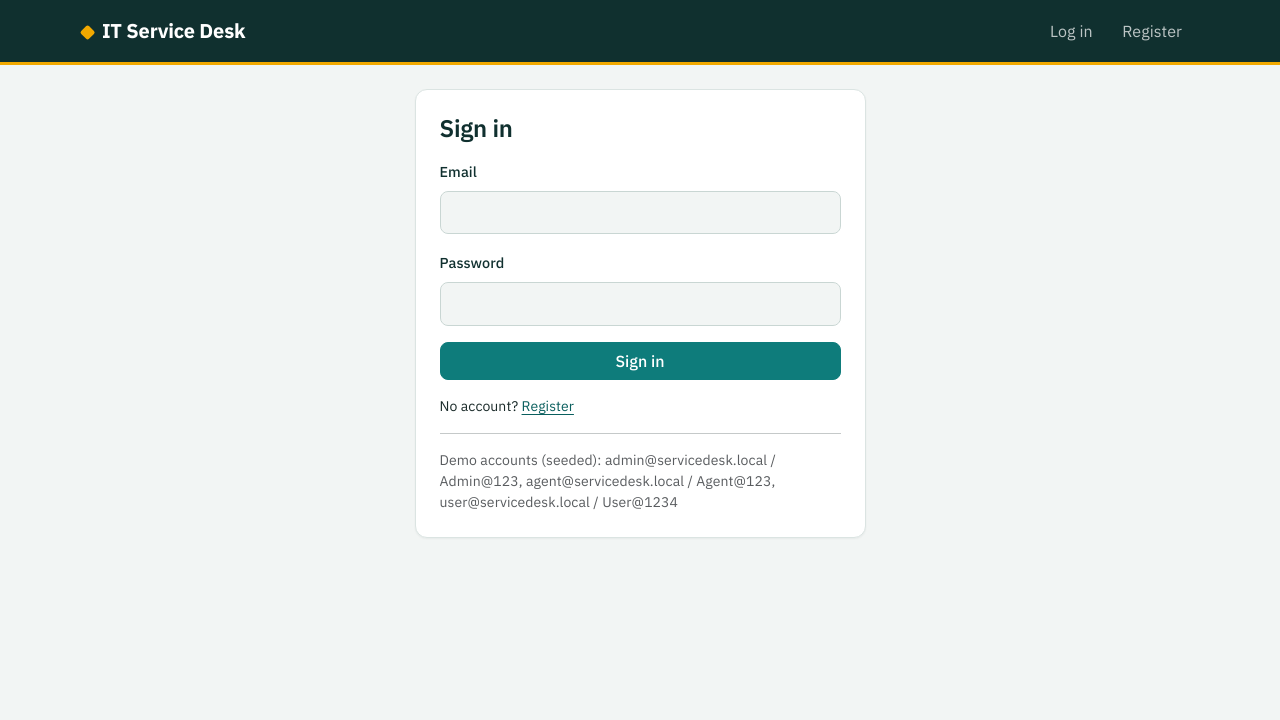
Repository: swati22446/ServiceDesk-IT-Ticket-Management-System
Page: / (app in frontend/)
These files come from the project's save history. The page is drawn as it stood at one moment and after the next save; the edit follows.
The browser window is 1280 px wide. The pictures show the whole page.
The project was rebuilt for these pictures with package versions that can differ from the ones it lists, and the page was loaded fresh each time. Also part of the build but not shown: frontend/angular.json.

Above is the page before, as saved 2026-11-25 01:22:12.

After the next save:
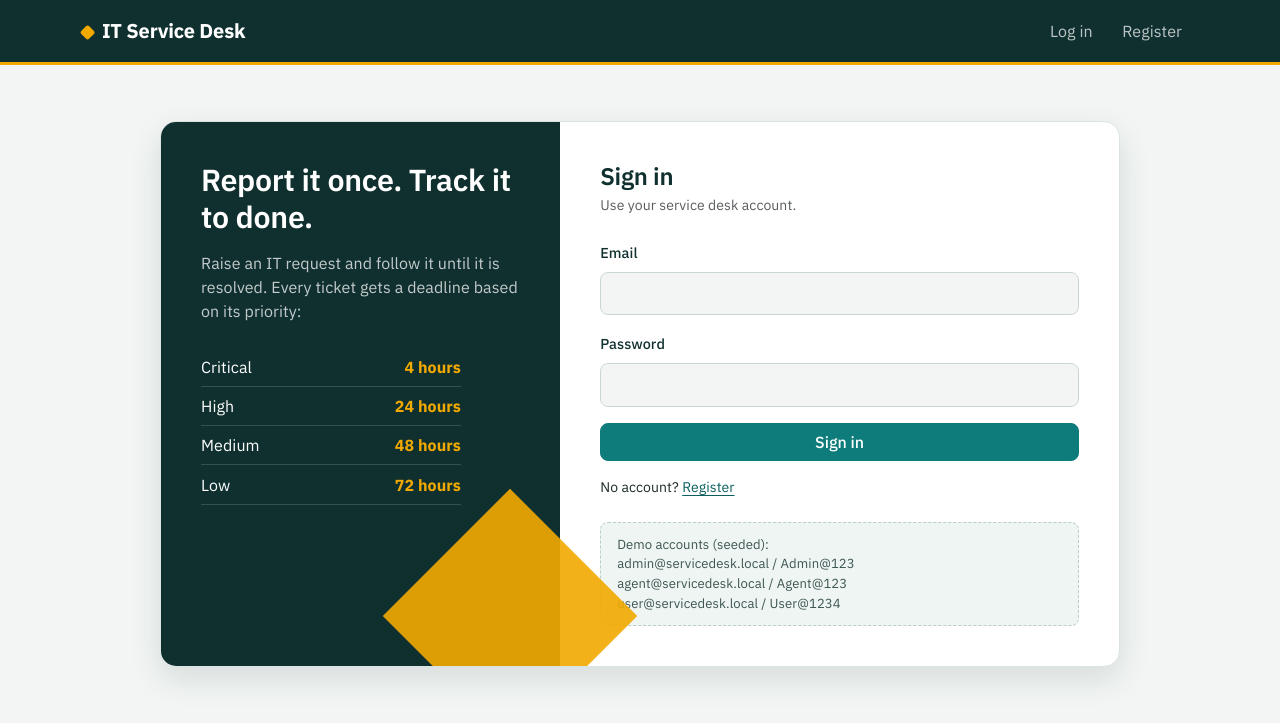
Saved 2 min 0 s later.
--- a/frontend/src/app/features/auth/login.component.ts
+++ b/frontend/src/app/features/auth/login.component.ts
@@ -1,42 +1,81 @@
-import { Component, inject, signal } from '@angular/core';
-import { FormBuilder, ReactiveFormsModule, Validators } from '@angular/forms';
-import { Router, RouterLink } from '@angular/router';
-import { AuthService } from '../../core/auth.service';
-import { errorMessage } from '../../core/utils';
+import { Component, inject, signal } from "@angular/core";
+import { FormBuilder, ReactiveFormsModule, Validators } from "@angular/forms";
+import { Router, RouterLink } from "@angular/router";
+import { AuthService } from "../../core/auth.service";
+import { errorMessage } from "../../core/utils";
 
 @Component({
-  selector: 'app-login',
+  selector: "app-login",
   standalone: true,
   imports: [ReactiveFormsModule, RouterLink],
   template: `
-    <div class="row justify-content-center">
-      <div class="col-md-5">
-        <div class="card p-4">
-          <h2 class="h4 mb-3">Sign in</h2>
-          @if (error()) { <div class="alert alert-danger py-2">{{ error() }}</div> }
-          <form [formGroup]="form" (ngSubmit)="submit()" novalidate>
-            <div class="mb-3">
-              <label class="form-label" for="email">Email</label>
-              <input id="email" type="email" class="form-control" formControlName="email" autocomplete="username"
-                     [class.is-invalid]="invalid('email')">
-              <div class="invalid-feedback">Enter a valid email address.</div>
+    <div class="auth-shell">
+      <div class="row g-0">
+        <div class="col-md-5">
+          <div class="auth-brand">
+            <h1 class="mb-3">Report it once. Track it to done.</h1>
+            <p>
+              Raise an IT request and follow it until it is resolved. Every
+              ticket gets a deadline based on its priority:
+            </p>
+            <ul class="sla-list">
+              <li><span>Critical</span><strong>4 hours</strong></li>
+              <li><span>High</span><strong>24 hours</strong></li>
+              <li><span>Medium</span><strong>48 hours</strong></li>
+              <li><span>Low</span><strong>72 hours</strong></li>
+            </ul>
+          </div>
+        </div>
+        <div class="col-md-7">
+          <div class="auth-form">
+            <h2 class="h4 mb-1">Sign in</h2>
+            <p class="text-muted small mb-4">Use your service desk account.</p>
+            @if (error()) {
+            <div class="alert alert-danger py-2">{{ error() }}</div>
+            }
+            <form [formGroup]="form" (ngSubmit)="submit()" novalidate>
+              <div class="mb-3">
+                <label class="form-label" for="email">Email</label>
+                <input
+                  id="email"
+                  type="email"
+                  class="form-control"
+                  formControlName="email"
+                  autocomplete="username"
+                  [class.is-invalid]="invalid('email')"
+                />
+                <div class="invalid-feedback">Enter a valid email address.</div>
+              </div>
+              <div class="mb-3">
+                <label class="form-label" for="password">Password</label>
+                <input
+                  id="password"
+                  type="password"
+                  class="form-control"
+                  formControlName="password"
+                  autocomplete="current-password"
+                  [class.is-invalid]="invalid('password')"
+                />
+                <div class="invalid-feedback">Password is required.</div>
+              </div>
+              <button class="btn btn-primary w-100" [disabled]="busy()">
+                {{ busy() ? "Signing in…" : "Sign in" }}
+              </button>
+            </form>
+            <p class="mt-3 mb-4 small">
+              No account? <a routerLink="/register">Register</a>
+            </p>
+            <div class="demo-box">
+              Demo accounts (seeded):<br />
+              admin&#64;servicedesk.local / Admin&#64;123<br />
+              agent&#64;servicedesk.local / Agent&#64;123<br />
+              user&#64;servicedesk.local / User&#64;1234
             </div>
-            <div class="mb-3">
-              <label class="form-label" for="password">Password</label>
-              <input id="password" type="password" class="form-control" formControlName="password" autocomplete="current-password"
-                     [class.is-invalid]="invalid('password')">
-              <div class="invalid-feedback">Password is required.</div>
-            </div>
-            <button class="btn btn-primary w-100" [disabled]="busy()">{{ busy() ? 'Signing in…' : 'Sign in' }}</button>
-          </form>
-          <p class="mt-3 mb-0 small">No account? <a routerLink="/register">Register</a></p>
-          <hr>
-          <p class="small text-muted mb-0">Demo accounts (seeded): admin&#64;servicedesk.local / Admin&#64;123,
-            agent&#64;servicedesk.local / Agent&#64;123, user&#64;servicedesk.local / User&#64;1234</p>
+          </div>
         </div>
       </div>
     </div>
-  `
+  `,
 })
 export class LoginComponent {
   private fb = inject(FormBuilder);
@@ -44,25 +83,32 @@ export class LoginComponent {
   private router = inject(Router);
 
   busy = signal(false);
-  error = signal('');
+  error = signal("");
   form = this.fb.nonNullable.group({
-    email: ['', [Validators.required, Validators.email]],
-    password: ['', Validators.required]
+    email: ["", [Validators.required, Validators.email]],
+    password: ["", Validators.required],
   });
 
-  invalid(name: 'email' | 'password') {
+  invalid(name: "email" | "password") {
     const c = this.form.controls[name];
     return c.invalid && (c.touched || c.dirty);
   }
 
   submit() {
-    if (this.form.invalid) { this.form.markAllAsTouched(); return; }
+    if (this.form.invalid) {
+      this.form.markAllAsTouched();
+      return;
+    }
     this.busy.set(true);
-    this.error.set('');
+    this.error.set("");
     const { email, password } = this.form.getRawValue();
     this.auth.login(email, password).subscribe({
-      next: () => this.router.navigate([this.auth.isStaff() ? '/dashboard' : '/tickets']),
-      error: err => { this.error.set(errorMessage(err)); this.busy.set(false); }
+      next: () =>
+        this.router.navigate([this.auth.isStaff() ? "/dashboard" : "/tickets"]),
+      error: (err) => {
+        this.error.set(errorMessage(err));
+        this.busy.set(false);
+      },
     });
   }
 }
